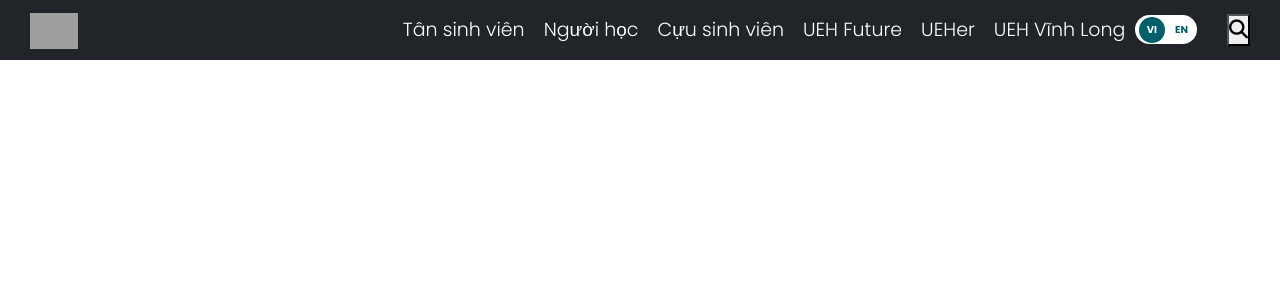
Repository: Jackietruong2805/frontends
Page: html css/ueh/index.html
These files come from the project's save history. The page is drawn as it stood at one moment and after the next save; the edit follows.
The browser window is 1280 px wide. The pictures show the whole page.
Pictures or frames that could not be fetched are drawn as grey boxes. Some web libraries are served in a nearby version.

Above is the page before, as saved 2022-06-17 10:16:10.

### html css/ueh/index.html
<!DOCTYPE html>
<html lang="en">
  <head>
    <meta charset="UTF-8" />
    <meta http-equiv="X-UA-Compatible" content="IE=edge" />
    <meta name="viewport" content="width=device-width, initial-scale=1.0" />
    <title>UEH</title>
    <!-- FONT GOOGLE -->
    <link rel="preconnect" href="https://fonts.googleapis.com" />
    <link rel="preconnect" href="https://fonts.gstatic.com" crossorigin />
    <link
      href="https://fonts.googleapis.com/css2?family=Poppins:wght@300;400;700&display=swap"
      rel="stylesheet"
    />
    <!-- FONT AWESOME -->
    <link
      rel="stylesheet"
      href="https://cdnjs.cloudflare.com/ajax/libs/font-awesome/6.1.1/css/all.min.css"
      integrity="sha512-KfkfwYDsLkIlwQp6LFnl8zNdLGxu9YAA1QvwINks4PhcElQSvqcyVLLD9aMhXd13uQjoXtEKNosOWaZqXgel0g=="
      crossorigin="anonymous"
      referrerpolicy="no-referrer"
    />
    <!-- BS5 -->
    <link
      href="https://cdn.jsdelivr.net/npm/bootstrap@5.1.3/dist/css/bootstrap.min.css"
      rel="stylesheet"
      integrity="sha384-1BmE4kWBq78iYhFldvKuhfTAU6auU8tT94WrHftjDbrCEXSU1oBoqyl2QvZ6jIW3"
      crossorigin="anonymous"
    />
    <!-- INDEX CSS -->
    <link rel="stylesheet" href="./css/index.css" />
  </head>
  <body>
    <!-- HEADER -->
    <header>
      <nav class="navbar navbar-expand-lg navbar-dark bg-dark">
        <div class="container-fluid px-5">
          <a class="navbar-brand" id="header--workmark" href="#">
            <img src="./img/logo-header.png" id="logo-header" alt="ueh-logo" />
          </a>
          <button
            class="navbar-toggler"
            type="button"
            data-bs-toggle="collapse"
            data-bs-target="#navbarUeh"
            aria-controls="navbarSupportedContent"
            aria-expanded="false"
            aria-label="Toggle navigation"
          >
            <span class="navbar-toggler-icon"></span>
          </button>
          <div class="collapse navbar-collapse" id="navbarUeh">
            <ul class="navbar-nav ms-auto mb-2 mb-lg-0 px-5">
              <li class="nav-item">
                <a class="nav-link active" aria-current="page" href="#"
                  >Tân sinh viên</a
                >
              </li>
              <li class="nav-item">
                <a class="nav-link" href="#">Người học</a>
              </li>
              <li class="nav-item">
                <a class="nav-link" href="#">Cựu sinh viên</a>
              </li>
              <li class="nav-item">
                <a class="nav-link" href="#">UEH Future</a>
              </li>
              <li class="nav-item">
                <a class="nav-link" href="#">UEHer</a>
              </li>
              <li class="nav-item">
                <a class="nav-link" href="#">UEH Vĩnh Long</a>
              </li>
              <li class="nav-item d-flex align-items-center">
                <div class="button-cover">
                  <span class="vi text-white">VI</span>
                  <span class="en">EN</span>
                </div>
              </li>
            </ul>
            <button>
              <i class="fa fa-search"></i>
            </button>
          </div>
        </div>
      </nav>
    </header>
    <!-- VIDEO -->
    <section class="video"></section>
    <!-- CAROUSEL -->
    <section class="carousel"></section>
    <!-- INFO -->
    <section class="info"></section>
    <!-- ADMISSIONS -->
    <section class="admissions"></section>
    <!-- EVENT -->
    <section class="event"></section>
    <!-- RESEARCH -->
    <section class="research"></section>
    <!-- TRAIN -->
    <section class="train"></section>
    <!-- COOPERATION -->
    <section class="coOperation"></section>
    <!-- ACCREDITATION -->
    <section class="accreditation"></section>
    <!-- UEH -->
    <section class="ueh"></section>
    <!-- INTRO -->
    <section class="intro"></section>
    <!-- EXPLORE -->
    <section class="explore"></section>
    <!-- FOOTER -->
    <footer></footer>
    <!-- thư viện hộ trợ -->
    <script
      src="https://cdn.jsdelivr.net/npm/bootstrap@5.1.3/dist/js/bootstrap.bundle.min.js"
      integrity="sha384-ka7Sk0Gln4gmtz2MlQnikT1wXgYsOg+OMhuP+IlRH9sENBO0LRn5q+8nbTov4+1p"
      crossorigin="anonymous"
    ></script>
  </body>
</html>

### html css/ueh/css/index.css
/* Global */
* {
    padding: 0;
    margin: 0;
    box-sizing: border-box;
}

html {
    font-size: 10px;
}

body {
    font-size: 1.9em;
}

body,
html {
    font-family: 'Poppins', sans-serif;
}

/* HEADER */
.navbar #header--workmark {
    font-size: 1.1em !important;
    line-height: 1.8em !important;
}

#logo-header {
    max-height: 36px !important;
}

#navbarUeh .nav-item .nav-link {
    color: #fff;
    font-weight: 300;
    padding: .5555555556em .5em;
    outline-offset: -4px;
}

.button-cover {
    background-color: white;
    border-radius: 30px;
    padding: 1.5px 4px;
    line-height: 10px;
}

.button-cover .vi {
    display: inline-block;
    border-radius: 50%;
    background-color: rgb(0, 95, 105);
    padding: 8px;
    font-size: 10px;
    font-weight: bold;
}

.button-cover .en {
    color: rgb(0, 95, 105);
    font-size: 10px;
    padding: 5px;
    font-weight: bold;
}

After the next save:
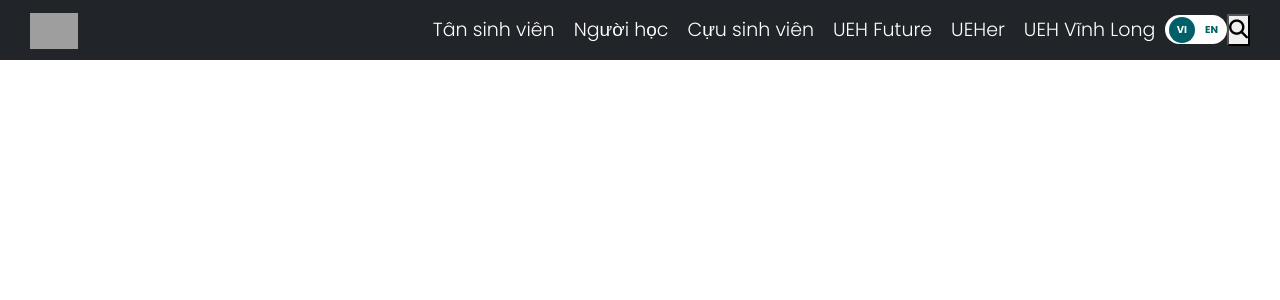
Saved 4 s later.
--- a/html css/ueh/index.html
+++ b/html css/ueh/index.html
@@ -50,7 +50,7 @@
             <span class="navbar-toggler-icon"></span>
           </button>
           <div class="collapse navbar-collapse" id="navbarUeh">
-            <ul class="navbar-nav ms-auto mb-2 mb-lg-0 px-5">
+            <ul class="navbar-nav ms-auto mb-2 mb-lg-0 px-6">
               <li class="nav-item">
                 <a class="nav-link active" aria-current="page" href="#"
                   >Tân sinh viên</a
